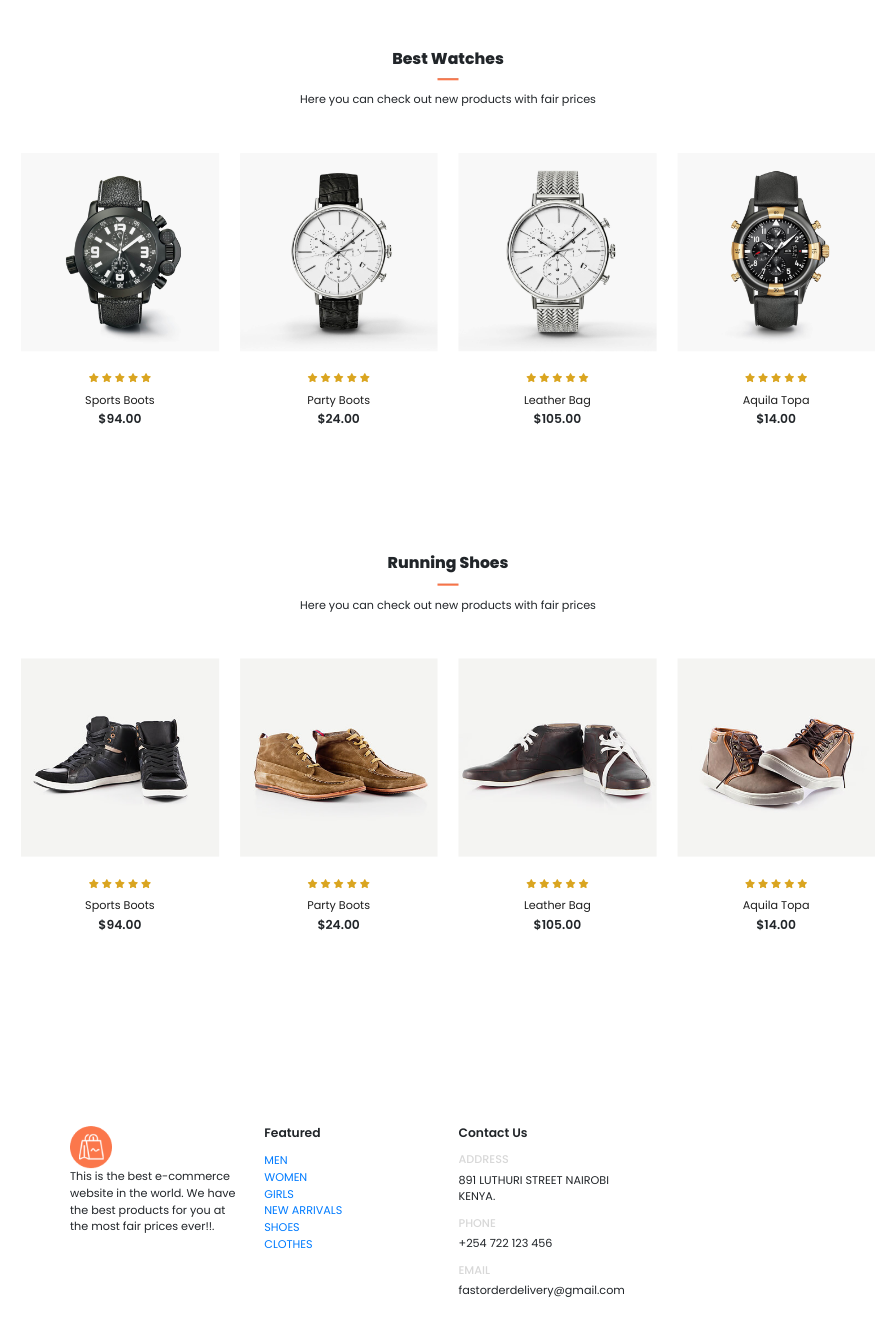
Repository: peter417waweru/e-commerce-UI
Page: index.html
These files come from the project's save history. The page is drawn as it stood at one moment and after the next save; the edit follows.
The browser window is 1280 px wide. The pictures show the part of the page from y = 3414 to 5334 px (the page is 5334 px tall), at 70% of full size.
Backgrounds fixed to the window are drawn as part of the page. Some web libraries are served in a nearby version.

Above is the page before, as saved 2025-02-08 08:47:10.

After the next save:
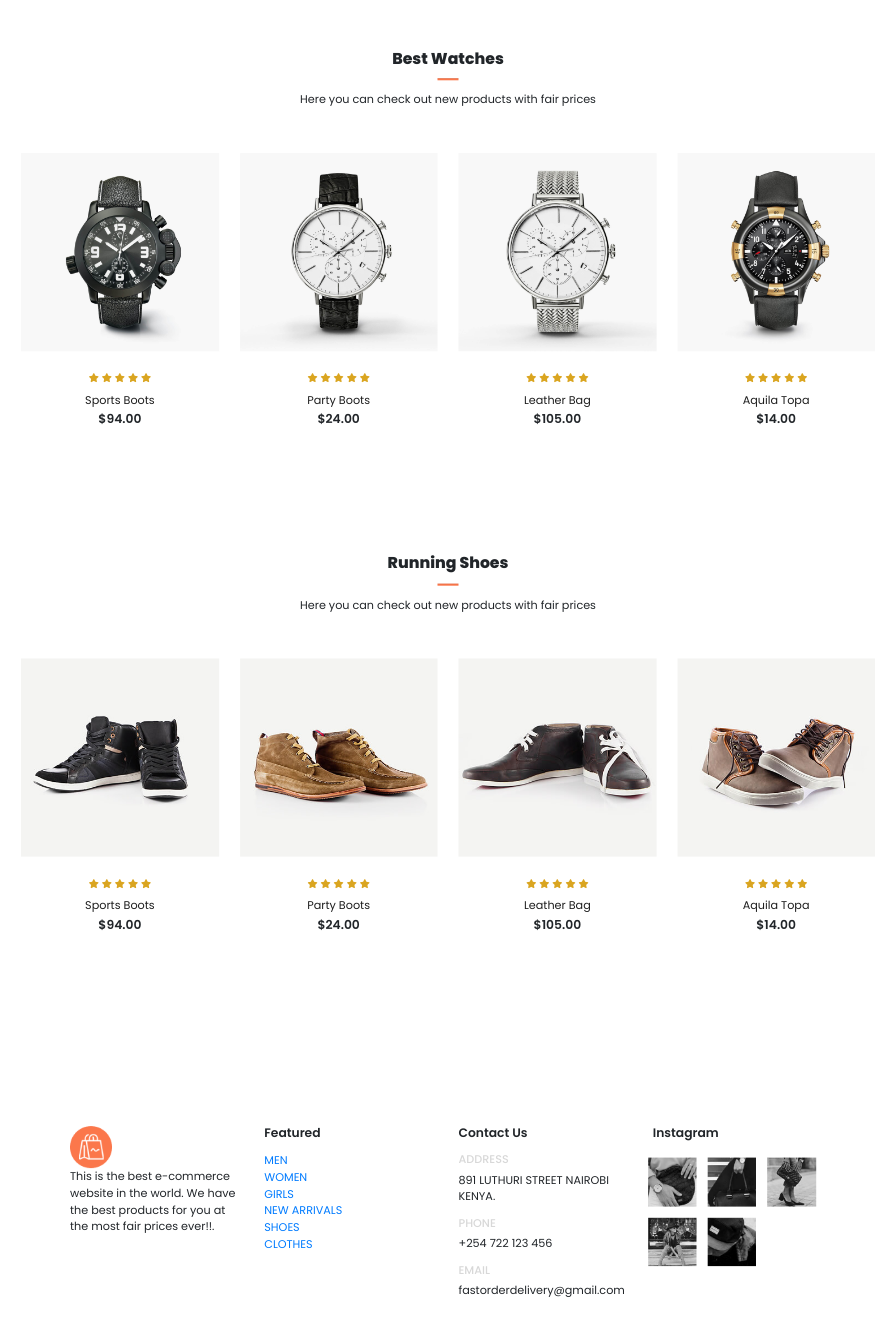
Saved 4 min 42 s later.
--- a/index.html
+++ b/index.html
@@ -392,6 +392,16 @@
               <p>fastorderdelivery@gmail.com</p>
               </div>
             </div>
+            <div class="footer-one col-lg-3 col-md-6 col-12">
+              <h4 class="pb-2">Instagram</h4>
+              <div class="row">
+                <img class="img-fluid w-25 h-100 m-2" src="img/insta/1.jpg" alt="">
+                <img class="img-fluid w-25 h-100 m-2" src="img/insta/2.jpg" alt="">
+                <img class="img-fluid w-25 h-100 m-2" src="img/insta/3.jpg" alt="">
+                <img class="img-fluid w-25 h-100 m-2" src="img/insta/4.jpg" alt="">
+                <img class="img-fluid w-25 h-100 m-2" src="img/insta/5.jpg" alt="">
+              </div>
+            </div>
           </div>
         </footer>
 
